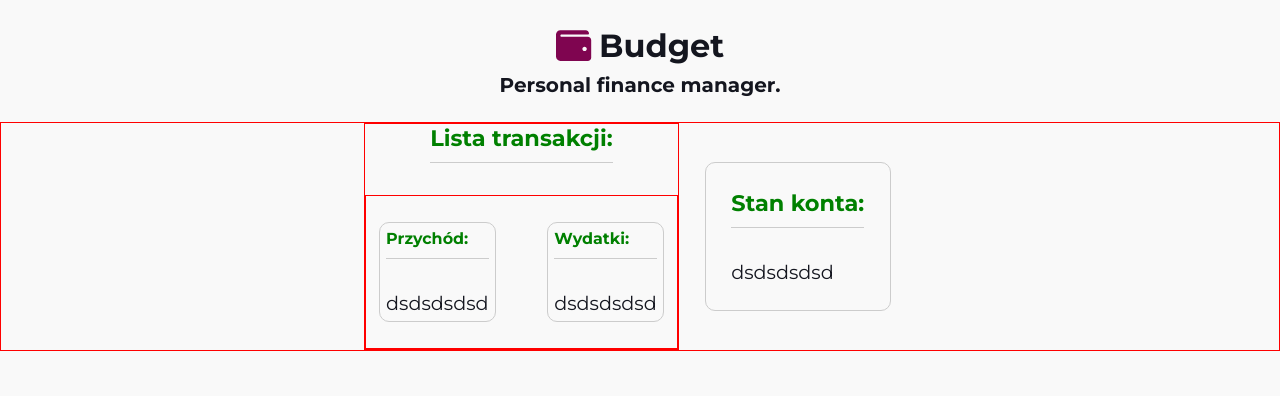
Repository: KrzysKolo/sr_tydzien4_zad4
Page: /
An editor plug-in stored every save of this project. The page is shown before and after a run of saves, followed by the edit.
The browser window is 1280 px wide. The pictures show the whole page.
Some web libraries are served in a nearby version. The project was rebuilt for these pictures with package versions that can differ from the ones it lists, and the page was loaded fresh each time.

Above is the page before, as saved 2020-11-29 14:40:26.

After the next 5 saves:
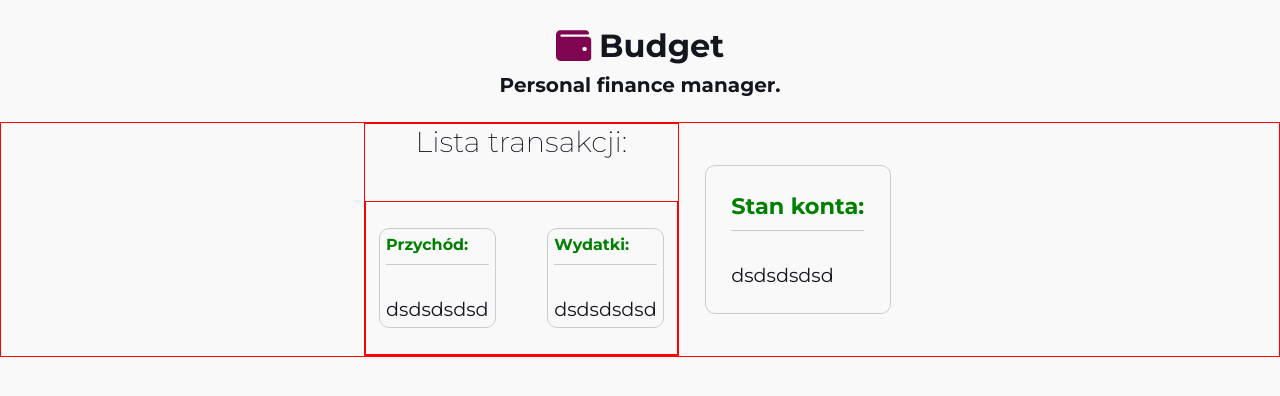
The 5 saves are shown as one change because 3 did not build or start and some came seconds apart.
The last was saved 4 min 3 s later.
--- a/src/components/Budget.js
+++ b/src/components/Budget.js
@@ -1,7 +1,7 @@
 import React from 'react';
 import Header from './budgetComponents/Header';
 import Section from './budgetComponents/Section';
-import H1 from './budgetComponents/sectionComponents/H1';
+import H2 from './budgetComponents/sectionComponents/H2';
 import styled, { createGlobalStyle } from 'styled-components';
 
 const GlobalStyle = createGlobalStyle`
@@ -50,7 +50,7 @@ const Budget = () => {
                 <Header />
                 <SectionContainer>
                     <SectionBudget>
-                        <H1 title={"Lista transakcji"} />
+                        <H2 title={"Lista transakcji"} />
                         <SectionItems>
                             <Section title={"Przychód"} label={"p"}/>
                             <Section title={"Wydatki"}/>
--- /dev/null
+++ b/src/components/budgetComponents/sectionComponents/H2.js
@@ -0,0 +1,18 @@
+import React from 'react'
+import styled from 'styled-components';
+
+const TitleH2 = styled.h2`
+    font-weight: 200;
+    margin-bottom: 2rem;
+    padding-bottom: 10px;
+`;
+
+const H2 = ({title}) => {
+    return (
+        <TitleH2>
+            {title}:
+        </TitleH2>
+    )
+}
+
+export default H2;
